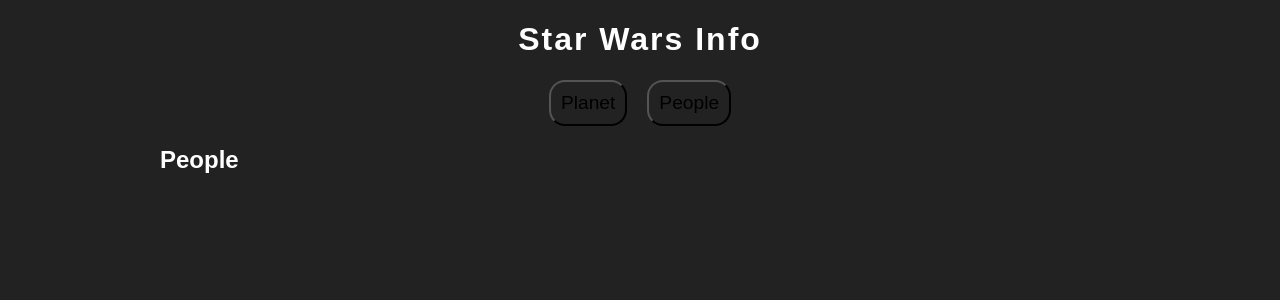
Repository: mireu-san/jikan-react-query
Page: /
These files come from the project's save history. The page is drawn as it stood at one moment and after the next save; the edit follows.
The browser window is 1280 px wide. The pictures show the whole page.
The project was rebuilt for these pictures with package versions that can differ from the ones it lists, and the page was loaded fresh each time. Also part of the build but not shown: src/components/Planets.js.

Above is the page before, as saved 2022-11-29 19:33:07.

After the next save:
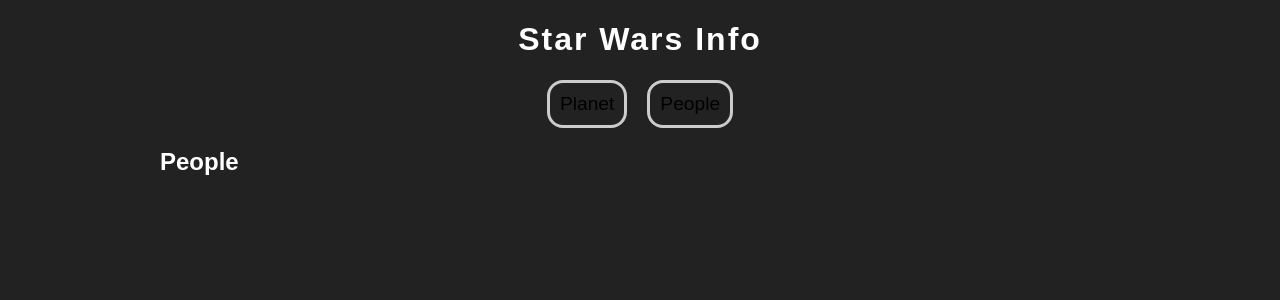
Saved 25 s later.
--- a/src/index.css
+++ b/src/index.css
@@ -19,6 +19,7 @@
 button {
     margin: 0 10px;
     background: transparent;
+    border: 3px solid #ccc;
     padding: 10px;
     font-size: 1.2rem;
     cursor: pointer;
